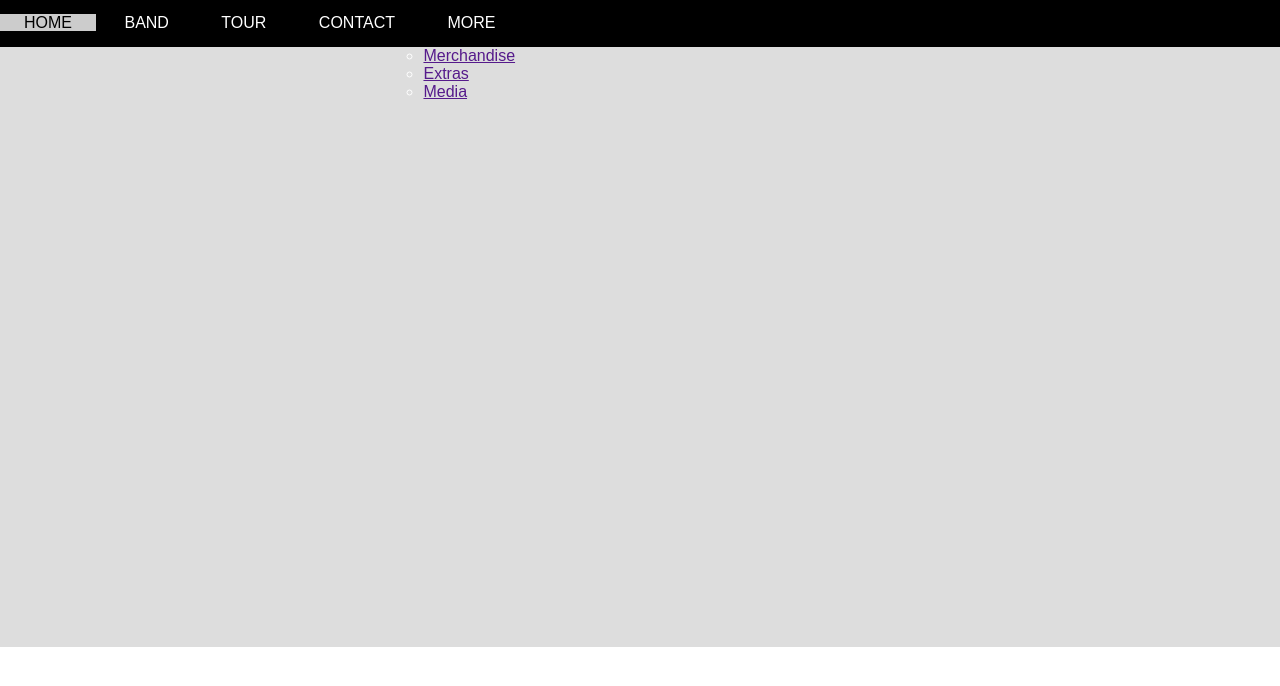
Repository: thanhsonnguyen-gif/f8-learn
Page: index.html
The author's editor kept a copy of each file at every save. The page is drawn from the files as they stood at one save, then again after the next save.
The browser window is 1280 px wide. The pictures show the whole page.

Above is the page before, as saved 2022-06-23 10:58:02.

After the next save:
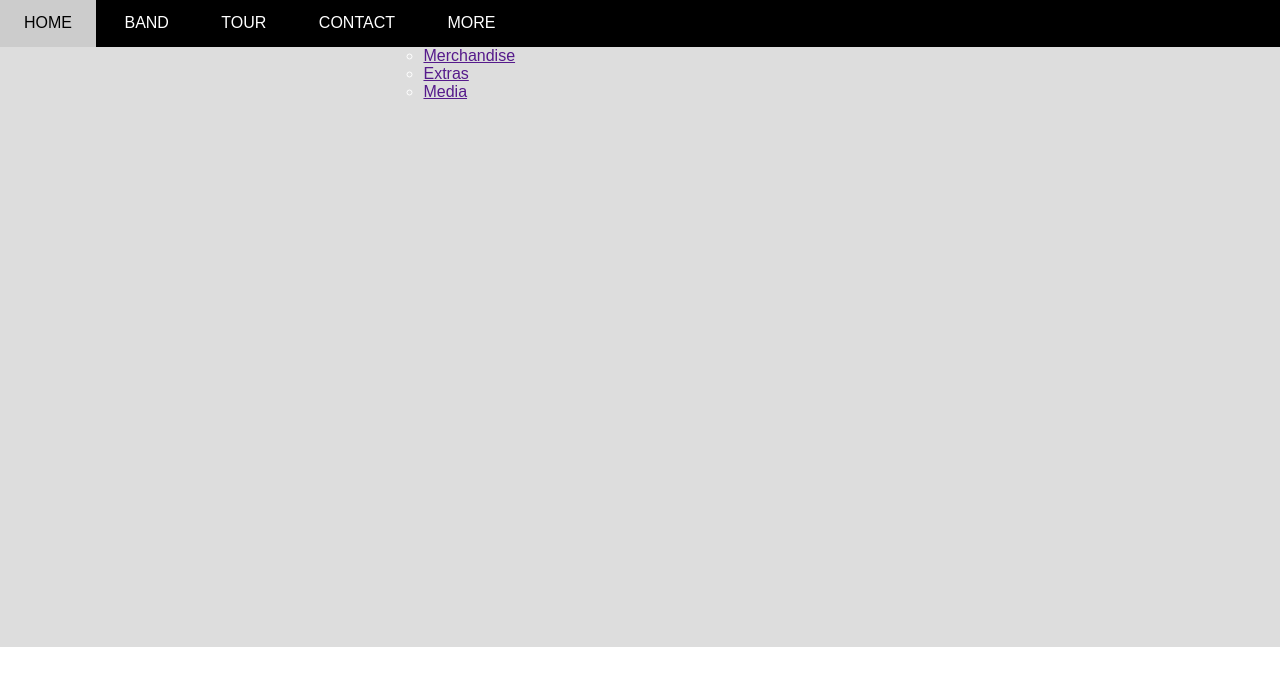
Saved 112 s later.
--- a/assets/css/style.css
+++ b/assets/css/style.css
@@ -24,7 +24,7 @@
     padding:0 24px;
     text-decoration: none;
     color: #fff;
-    /* display: inline-block; */
+    display: inline-block;
     text-transform: uppercase;
 }
 
